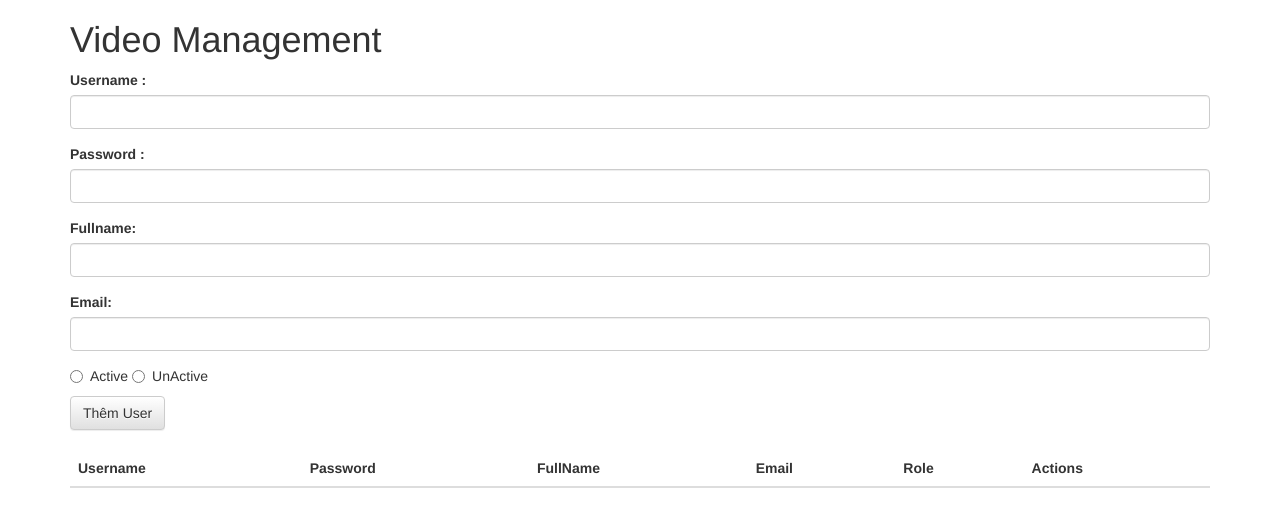
Repository: Hacorbie/Java-Servlet
Page: http://localhost/ASM_JV4/views/User.jsp
The author's editor kept a copy of each file at every save. The page is drawn from the files as they stood at one save, then again after the next save.
The browser window is 1280 px wide. The pictures show the whole page.
Some web libraries are served in a nearby version. The page is served by Tomcat 9. The template is opened directly, without the code that normally fills it, so the values that code supplies are empty.

Above is the page before, as saved 2023-04-09 12:25:59.

After the next save:
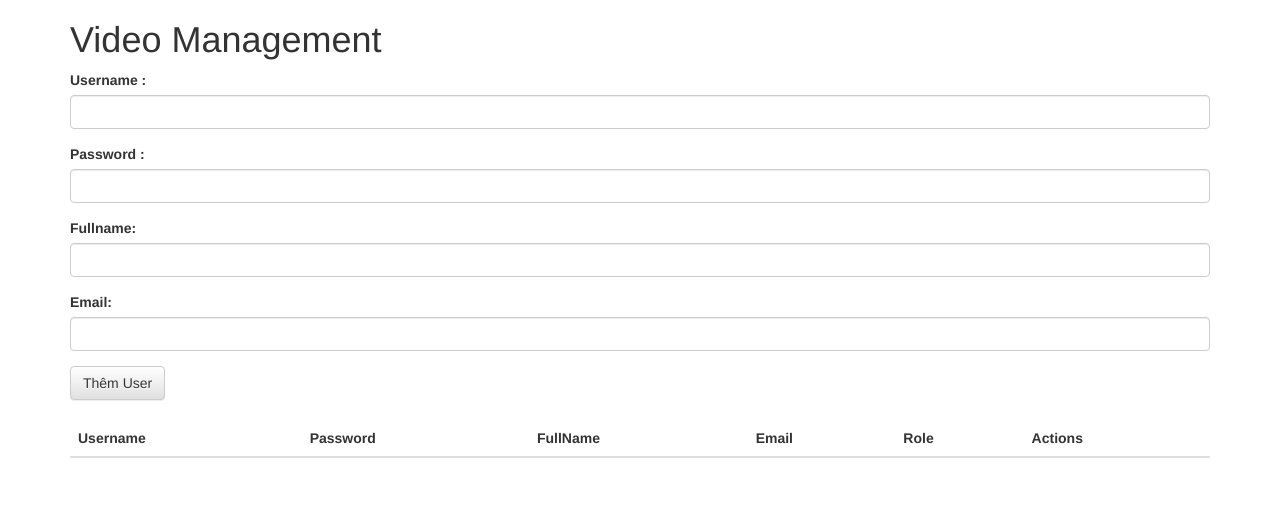
Saved 5 s later.
--- a/ASM_JV4/src/main/webapp/views/User.jsp
+++ b/ASM_JV4/src/main/webapp/views/User.jsp
@@ -34,10 +34,6 @@
   <div class="form-group">
     <label for="des">Email:</label>
     <input type="text" class="form-control" name="des">
-  </div>
-  <div class="radio">
-    <label><input type="radio" name = "active" value ="yes"> Active</label>
-    <label><input type="radio"name = "active" value ="no"> UnActive</label>
   </div>
   <button type="submit" class="btn btn-default">Thêm User</button>
 		</form>
